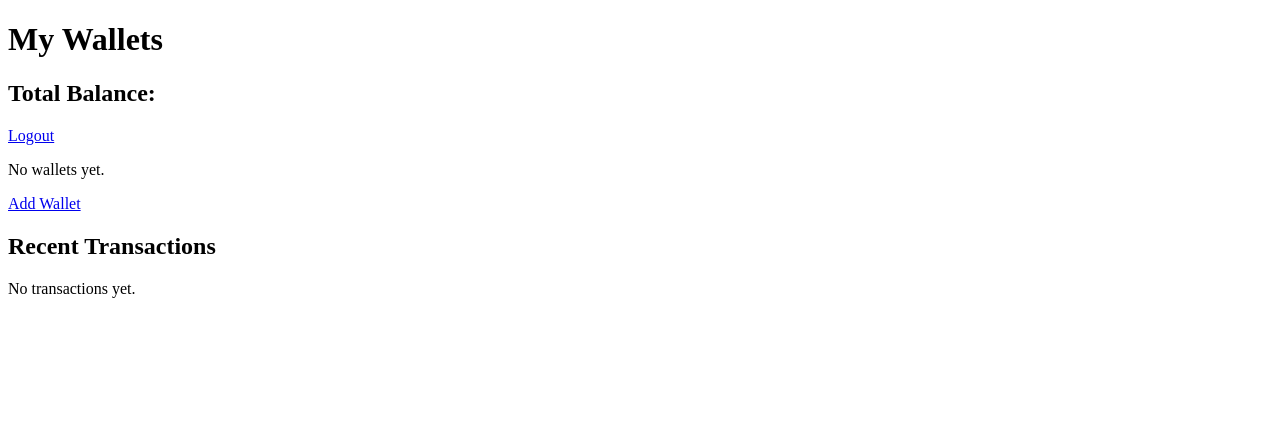
Repository: adtm0/Fined
Page: tracker/templates/tracker/dashboard.html
An editor plug-in stored every save of this project. The page is shown before and after a run of saves, followed by the edit.
The browser window is 1280 px wide. The pictures show the whole page.
The template is drawn by Django 4.2. The application's start-up code is not run. Other server files are loaded and not shown. The template is opened directly, without the code that normally fills it, so the values that code supplies are empty.

Above is the page before, as saved 2026-04-28 19:37:59.

### tracker/templates/tracker/dashboard.html
<!DOCTYPE html>
<html>
  <head>
    <title>Dashboard</title>
  </head>
  <body>
    <h1>My Wallets</h1>
    <h2>Total Balance: {{ total_balance}}</h2>

    <a href="/logout/">Logout</a>

    {% if wallets %}
      {% for wallet in wallets %}
        <p><a href="/wallet/{{ wallet.id }}/">{{ wallet.name }}</a> - {{ wallet.balance }}</p>
        <a href="/wallet/{{ wallet.id }}/add-transaction/">Add Transaction</a>
        <a href="/wallet/{{ wallet.id }}/edit/">Edit</a>
        <a href="/wallet/{{ wallet.id }}/delete/">Delete</a>
      {% endfor %}
    {% else %}
      <p>No wallets yet.</p>
    {% endif %}

    <a href="/wallet/add/">Add Wallet</a>

      <h2>Recent Transactions</h2>
      {% if recent_transactions %}
        {% for t in recent_transactions %}
          <p>{{ t.date }} - {{ t.wallet.name}} - {{ t.type }} - {{ t.amount }} - {{ t.description }}</p>
        {% endfor %}
      {% else %}
        <p>No transactions yet.</p>
      {% endif %}

    <h2></h2>
  </body>
</html>

After the next 2 saves:
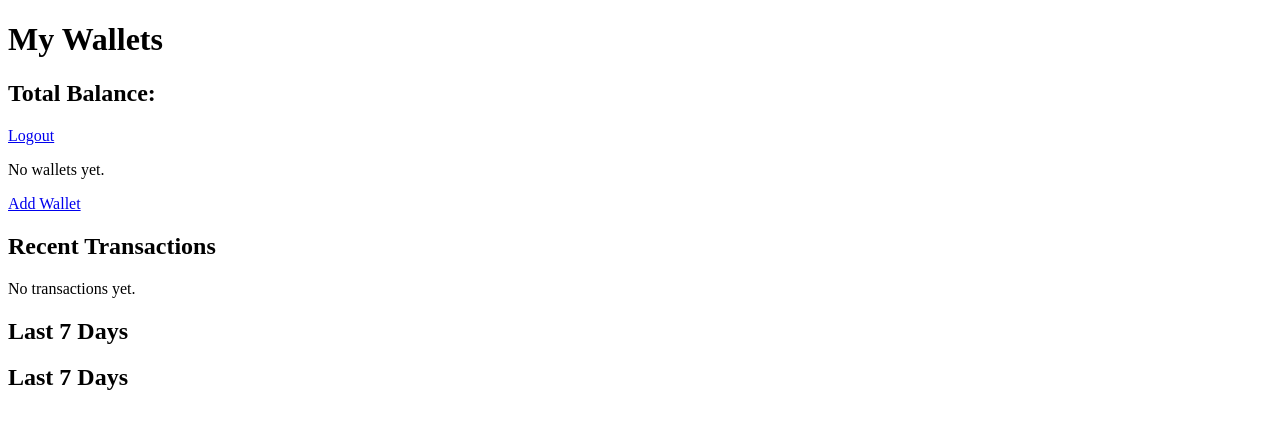
The 2 saves are shown as one change because they came seconds apart.
The last was saved 11 s later.
--- a/tracker/templates/tracker/dashboard.html
+++ b/tracker/templates/tracker/dashboard.html
@@ -31,6 +31,7 @@
         <p>No transactions yet.</p>
       {% endif %}
 
-    <h2></h2>
+    <h2>Last 7 Days</h2>
+    <h2>Last 7 Days</h2>
   </body>
 </html>
